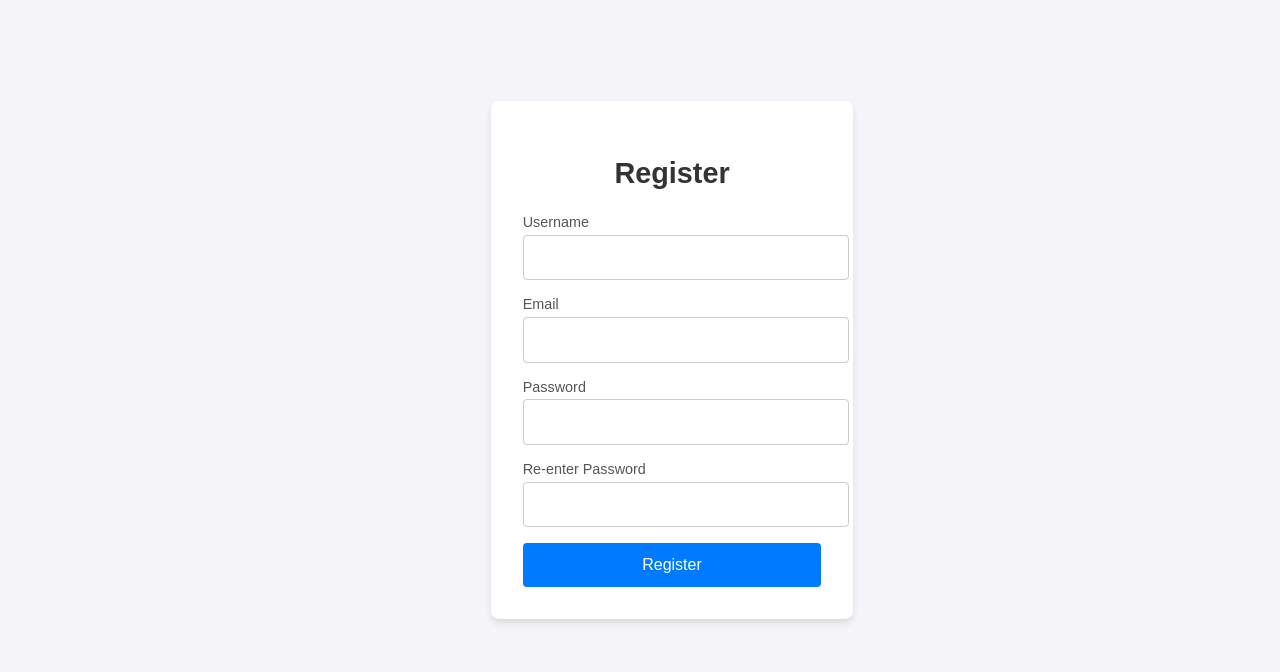
Repository: Nuttawut-Amattong/outtrip
Page: /register (app in OutTrip/)
An editor plug-in stored every save of this project. The page is shown before and after a run of saves, followed by the edit.
The browser window is 1280 px wide. The pictures show the whole page.
The project was rebuilt for these pictures with package versions that can differ from the ones it lists, and the page was loaded fresh each time. Also part of the build but not shown: OutTrip/vite.config.js, OutTrip/src/pages/Login.jsx.

Above is the page before, as saved 2025-05-18 22:45:33.

After the next 4 saves:
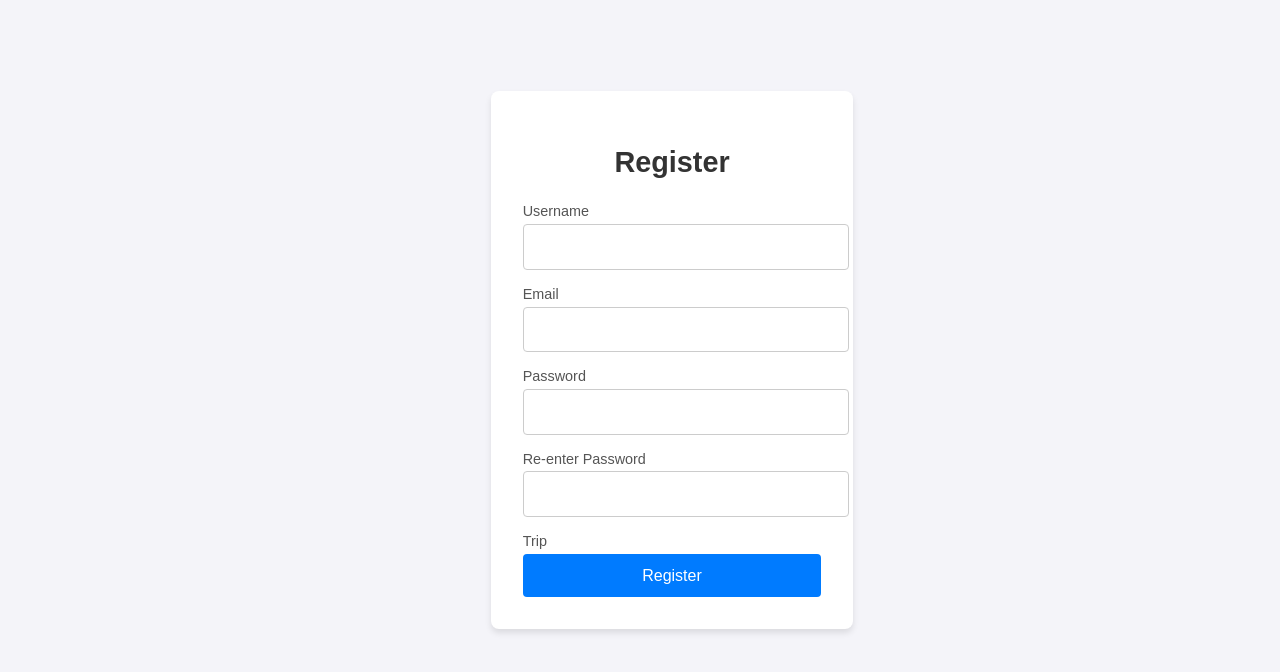
The 4 saves are shown as one change because 2 did not build or start and some came seconds apart.
The last was saved 22 s later.
--- a/OutTrip/src/pages/Register.jsx
+++ b/OutTrip/src/pages/Register.jsx
@@ -80,7 +80,7 @@ const Register = () => {
                     />
                 </div>
                 <div>
-
+                    <label htmlFOr="trip">Trip</label>
                 </div>
                 {error && <p style={{ color: 'red' }}>{error}</p>}  {/* แสดง error */}
                 <button type="submit">Register</button>
